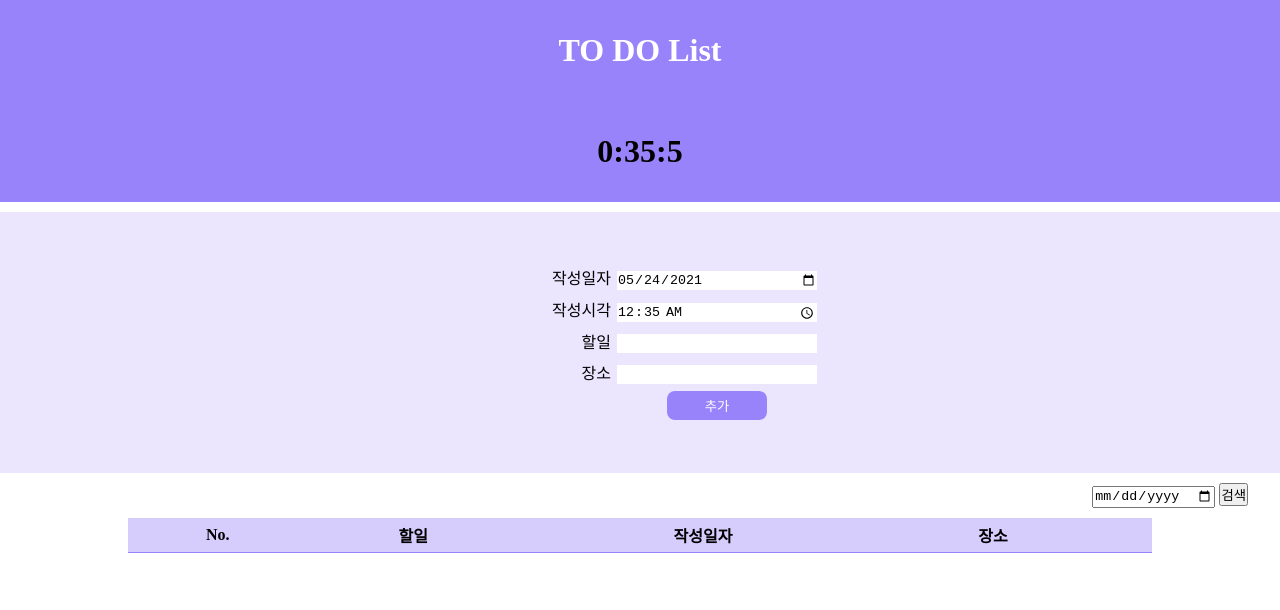
Repository: soyeon-noh/TodoList_Project
Page: http://localhost/Server_PR_TodoList/
An editor plug-in stored every save of this project. The page is shown before and after the next save, followed by the edit.
The browser window is 1280 px wide. The pictures show the whole page.
The page is served by Tomcat 9. Other server files are loaded and not shown. Queries for data that is not in the repository find no rows.

Above is the page before, as saved 2021-05-25 05:02:31.

### Server_PR_TodoList/src/main/webapp/WEB-INF/views/home.jsp
<%@ page language="java" contentType="text/html; charset=UTF-8"
    pageEncoding="UTF-8"%>
<%@ taglib uri="http://java.sun.com/jsp/jstl/core"
			prefix="c"%>
<c:set value="${pageContext.request.contextPath}"
		var="rootPath"/>
<!DOCTYPE html>
<html>
<head>
<meta charset="UTF-8">
<title>TODOList 메인화면</title>
<link href="${rootPath}/static/css/home.css?ver3" rel="stylesheet"/>

<style>

</style>


</head>
  <body>
  	<%@ include file="/WEB-INF/views/include_nav.jsp" %>
    <form class ="v1" method="POST">
    	<div>
    		<label for="date">작성일자</label>
    		<input name="td_date"
    				type="date" value="${TD.td_date}">
    	</div>

    	<div>
    		<label for="time">작성시각</label>
    		<input name="td_time"
    				type="time" value="${TD.td_time}">
    	</div>

    	<div>
    		<label for="todo">할일</label>
    		<input name="td_todo"
    				type="text" value="${TD.td_todo}">
    	</div>

    	<div>
    		<label for="place">장소</label>
    		<input name="td_place"
    				type="text" value="${TD.td_place}">
    	</div>
    	<div>
    		<label></label>
   			<button class="btn_insert" type="button">추가</button>
		</div>
    </form>

    <div class="select">
    	<input name="td_place" type="date">
    	<button type="button">검색</button>
    </div>

    <table id="tdlist">
      <tr>
        <th>No.</th>
        <th>할일</th>
        <th>작성일자</th>
        <th>장소</th>
        <th></th>
      </tr>
      <c:forEach items="${TDLIST}" var="TD" varStatus="i">
        <tr>
          <td>${i.count}</td>
          <td>${TD.td_todo}</td>
          <td>${TD.td_date}</td>
          <td>${TD.td_place}</td>
          <td><button class="btn_update" data-seq="${TD.td_seq}" type="button">
          		수정</button>
          		<button class="btn_delete" data-seq="${TD.td_seq}" type="button">
          		삭제</button></td>
        </tr>
      </c:forEach>
    </table>
  </body>

  <script>
  // html 코드가 다 화면에 뜨고 나서 실행하라는 명렁
  // 아래 한 줄의 코드가 있어야 어디든디 script를 넣을 수 있다.
	document.addEventListener("DOMContentLoaded",function(){

		document.querySelector("form.v1")
		.addEventListener("click", function(ev){
			let className = ev.target.className

			if(className == "btn_insert"){
				let td_todo = document.querySelector("input[name='td_todo']");
				if(td_todo.value == ""){
					alert("할 일은 반드시 입력해야합니다");
					td_todo.focus();
					return falsse;
				}

				document.querySelector("form.v1").submit();
			}
		})

		document.querySelector("table#tdlist")
		.addEventListener("click", function(ev){
			let className = ev.target.className



			if(className == "btn_delete"){

				let seq = ev.target.dataset.seq
				alert(seq + " 삭제가 완료되었습니다.");

				document
				.location
				.replace( "${rootPath}" +
						"/UD/delete?td_seq="
						+ seq )

			} else if(className == "btn_update"){

				let seq = ev.target.dataset.seq;

				document
				.location
				.href= "${rootPath}" +
						"/UD/update?td_seq="
						+ seq
			}

		})
	})
  </script>

</html>

### Server_PR_TodoList/src/main/webapp/WEB-INF/views/include_nav.jsp
<%@ page language="java" contentType="text/html; charset=UTF-8"
    pageEncoding="UTF-8"%>

<style>
	* {
		margin: 0;
		padding: 0;
		box-sizing: border-box;
	}

    h1.clock {
        color: black;
        text-align: center;
        background-color: rgba(153, 131, 250, 20);
        padding: 2rem;
    }

</style>
<h1>TO DO List</h1>
<h1 class="clock"></h1>
<h2 class="date"></h2>
<script>
	let date = document.querySelector(".date");

    function getDate(){
        const time = new Date();
        const year = time.getUTCFullYear();
        const month = time.getUTCMonth();
        const day = time.getUTCDay();
        date.textContent = year + "-" + month + "-" + day;
    }



	let clock = document.querySelector(".clock");

	function getTime() {
		  const time = new Date();
		  const hour = time.getHours();
		  const minutes = time.getMinutes();
		  const seconds = time.getSeconds();
		  clock.textContent = hour + ":" + minutes + ":" + seconds;



	}

	function init() {
	  setInterval(getTime, 1000);
	}

	init();
</script>

### Server_PR_TodoList/src/main/java/com/callor/todo/controller/HomeController.java
package com.callor.todo.controller;

import java.io.IOException;
import java.text.SimpleDateFormat;
import java.util.Date;
import java.util.List;

import javax.servlet.ServletException;
import javax.servlet.annotation.WebServlet;
import javax.servlet.http.HttpServlet;
import javax.servlet.http.HttpServletRequest;
import javax.servlet.http.HttpServletResponse;

import com.callor.todo.model.TodoListVO;
import com.callor.todo.service.TodoService;
import com.callor.todo.service.impl.TodoServiceImplV1;

@WebServlet("/")
public class HomeController extends HttpServlet{

	protected TodoService tdService;
	public HomeController() {
		tdService = new TodoServiceImplV1();
	}
	@Override
	protected void doGet(HttpServletRequest req, HttpServletResponse resp) throws ServletException, IOException {
		// TODO selectAll()
		List<TodoListVO> tdList = tdService.selectAll();
		req.setAttribute("TDLIST", tdList);

		// TODO insert()
		TodoListVO tdVO = new TodoListVO();

		// SimpleDateFormat : 날짜 및 시간을 형식화하고 구문 분석하는 메소드 제공
		SimpleDateFormat sd = new SimpleDateFormat("yyyy-MM-dd");
		SimpleDateFormat st = new SimpleDateFormat("HH:mm:ss");

		// 현재시간을 저장
		Date date = new Date(System.currentTimeMillis());

		// 현재 시간을 변환해 VO에 넣어준다
		tdVO.setTd_seq(0L);
		tdVO.setTd_date(sd.format(date));
		tdVO.setTd_time(st.format(date));

		req.setAttribute("TD", tdVO);

		// home.jsp 화면을 보여줘라
		RequestController.reqController(req, resp, "home");
	}
	@Override
	protected void doPost(HttpServletRequest req, HttpServletResponse resp) throws ServletException, IOException {
		// TODO insert()

		// 한글 인코딩 세팅
		req.setCharacterEncoding("UTF-8");

		// user가 입력한 data 확인
		String td_date = req.getParameter("td_date");
		String td_time = req.getParameter("td_time");
		String td_todo = req.getParameter("td_todo");
		String td_place = req.getParameter("td_place");

		TodoListVO tdVO = new TodoListVO();
		tdVO.setTd_date(td_date);
		tdVO.setTd_time(td_time);
		tdVO.setTd_todo(td_todo);
		tdVO.setTd_place(td_place);

		tdService.insert(tdVO);

		System.out.println("insert : " + tdVO);

		resp.sendRedirect("/todo");
	}

}

### Server_PR_TodoList/src/main/java/com/callor/todo/service/impl/TodoServiceImplV1.java
package com.callor.todo.service.impl;

import java.sql.Connection;
import java.sql.PreparedStatement;
import java.sql.ResultSet;
import java.sql.SQLException;
import java.util.ArrayList;
import java.util.List;

import com.callor.todo.config.DbInfo;
import com.callor.todo.config.MySQLConnection;
import com.callor.todo.model.TodoListVO;
import com.callor.todo.service.TodoService;

public class TodoServiceImplV1 implements TodoService{

	// 먼저 db와 연결
	protected Connection dbConn;

	public TodoServiceImplV1() {
		dbConn = MySQLConnection.getDBConnection();
	}


	protected List<TodoListVO> select(PreparedStatement pStr) throws SQLException{
		// TODO DB로부터 데이터를 받아와 List에 저장
		List<TodoListVO> tdList = new ArrayList<TodoListVO>();

		ResultSet rSet = pStr.executeQuery();
		while(rSet.next()) {
			TodoListVO tdVO = new TodoListVO();
			tdVO.setTd_seq(rSet.getLong(DbInfo.td_seq));
			tdVO.setTd_date(rSet.getString(DbInfo.td_date));
			tdVO.setTd_time(rSet.getString(DbInfo.td_time));
			tdVO.setTd_todo(rSet.getString(DbInfo.td_todo));
			tdVO.setTd_place(rSet.getString(DbInfo.td_place));
			tdList.add(tdVO);
		}

		// 데이터 확인
		System.out.println("select : " + tdList.toString());
		return tdList;
	}

	@Override
	public List<TodoListVO> selectAll() {
		// TODO List 전체 데이터 조회

		String sql = " SELECT * FROM tbl_todo_list ";
		sql += " ORDER BY td_date DESC, td_time DESC ";

		PreparedStatement pStr = null;

		try {
			pStr = dbConn.prepareStatement(sql);
			List<TodoListVO> tdList = this.select(pStr);
			pStr.close();

			System.out.println("selectAll : " + tdList.toString());
			return tdList;
		} catch (SQLException e) {
			// TODO Auto-generated catch block
			e.printStackTrace();
		}
		return null;
	}

	@Override
	public TodoListVO findById(Long seq) {
		// TODO 일련번호로 조회
		String sql = " SELECT * FROM tbl_todo_list ";
		sql += " WHERE td_seq = ? ";

		PreparedStatement pStr = null;

		try {
			pStr = dbConn.prepareStatement(sql);
			pStr.setLong(1, seq);

			List<TodoListVO> tdList = this.select(pStr);

			pStr.close();

			if(tdList != null && tdList.size() > 0) {
				return tdList.get(0);
			}


		} catch (SQLException e) {
			// TODO Auto-generated catch block
			e.printStackTrace();
		}
		return null;
	}

	@Override
	public List<TodoListVO> findByDate(String td_date) {
		// TODO 날짜로 조회
		String sql = " SELECT * FROM tbl_todo_list ";
		sql += " WHERE td_date = ? ";

		PreparedStatement pStr = null;

		try {
			pStr = dbConn.prepareStatement(sql);
			pStr.setString(1, td_date);

			List<TodoListVO> tdList = this.select(pStr);

			pStr.close();
			return tdList;

		} catch (SQLException e) {
			// TODO Auto-generated catch block
			e.printStackTrace();
		}
		return null;
	}

	@Override
	public List<TodoListVO> findByTodo(String td_todo) {
		// TODO 할일내용으로 조회
		return null;
	}

	@Override
	public List<TodoListVO> findByPlace(String td_place) {
		// TODO 장소로 조회
		return null;
	}

	@Override
	public Integer insert(TodoListVO tdVO) {
		// TODO 데이터 추가

		String sql = " INSERT INTO tbl_todo_list ";
		sql += " ( ";
		sql += " td_date, ";
		sql += " td_time, ";
		sql += " td_todo, ";
		sql += " td_place) ";
		sql += " VALUES( ?,?,?,? ) ";


		// SQL 구문을 실행시키는 객체
		PreparedStatement pStr = null;

		try {
			pStr = dbConn.prepareStatement(sql);
			pStr.setString(1, tdVO.getTd_date());
			pStr.setString(2, tdVO.getTd_time());
			pStr.setString(3, tdVO.getTd_todo());
			pStr.setString(4, tdVO.getTd_place());

			return pStr.executeUpdate();

		} catch (SQLException e) {
			// TODO Auto-generated catch block
			e.printStackTrace();
		}
		return null;
	}


	@Override
	public Integer update(TodoListVO tdVO) {
		// TODO 데이터 업데이트
		String sql = " UPDATE tbl_todo_list SET ";
		sql += " td_date = ?, ";
		sql += " td_time = ?, ";
		sql += " td_todo = ?, ";
		sql += " td_place = ? ";

		sql += " WHERE td_seq = ? ";

		PreparedStatement pStr = null;

		try {
			pStr = dbConn.prepareStatement(sql);
			pStr.setString(1, tdVO.getTd_date());
			pStr.setString(2, tdVO.getTd_time());
			pStr.setString(3, tdVO.getTd_todo());
			pStr.setString(4, tdVO.getTd_place());

			pStr.setLong(5, tdVO.getTd_seq());
			return pStr.executeUpdate();

		} catch (SQLException e) {
			// TODO Auto-generated catch block
			e.printStackTrace();
		}

		return null;
	}

	@Override
	public Integer delete(Long seq) {
		// TODO 데이터 삭제

		String sql = " DELETE FROM tbl_todo_list ";
		sql += "WHERE td_seq = ?";

		PreparedStatement pStr = null;

		try {
			pStr = dbConn.prepareStatement(sql);
			pStr.setLong(1, seq);
			return pStr.executeUpdate();

		} catch (SQLException e) {
			// TODO Auto-generated catch block
			e.printStackTrace();
		}
		return null;
	}
}

### Server_PR_TodoList/src/main/java/com/callor/todo/config/MySQLConnection.java
package com.callor.todo.config;

import java.sql.Connection;
import java.sql.DriverManager;
import java.sql.SQLException;

public class MySQLConnection {

	private static Connection dbConn;

	static {

		String jdbcDriver = "com.mysql.cj.jdbc.Driver";
		String url = "jdbc:mysql://localhost:3306/todolist";
		String username = "tdUser";
		String password = "12345";

		try {
			Class.forName(jdbcDriver);
			if(dbConn == null) {
				dbConn = DriverManager.getConnection(url, username, password);
			}
			System.out.println("MySQL 접속 성공!!");
		} catch (ClassNotFoundException e) {
			System.out.println("MySQL Driver 를 찾을 수 없음");
		} catch (SQLException e) {
			System.out.println("MySQL DBMS 연결 실패");
		}
	}

	public static Connection getDBConnection() {
		return dbConn;
	}

}

### Server_PR_TodoList/src/main/java/com/callor/todo/model/TodoListVO.java
package com.callor.todo.model;

import lombok.AllArgsConstructor;
import lombok.Getter;
import lombok.NoArgsConstructor;
import lombok.Setter;
import lombok.ToString;

@Getter
@Setter
@ToString
@NoArgsConstructor
@AllArgsConstructor
public class TodoListVO {

	private Long td_seq;	//BIGINT
    private String td_date;	//VARCHAR(20)
    private String td_time;	//VARCHAR(20)
	private String td_todo;	//VARCHAR(200)
    private String td_place;	//VARCHAR(125)
}

### Server_PR_TodoList/src/main/java/com/callor/todo/controller/RequestController.java
package com.callor.todo.controller;

import java.io.IOException;

import javax.servlet.ServletException;
import javax.servlet.http.HttpServlet;
import javax.servlet.http.HttpServletRequest;
import javax.servlet.http.HttpServletResponse;

public class RequestController extends HttpServlet{

	public static void reqController (HttpServletRequest req,
			HttpServletResponse resp, String file) throws ServletException, IOException {

		String root = "/WEB-INF/views/" + file + ".jsp";

		req.getRequestDispatcher(root)
		.forward(req, resp);


	}

}

### Server_PR_TodoList/src/main/webapp/static/css/home.css
@charset "UTF-8";

/* 여백 초기화 */
* {
	margin: 0;
	padding: 0;
	box-sizing: border-box;
}

h1 {
	color: white;
	text-align: center;
	background-color: rgba(153,131,250,1);
	padding: 2rem;

}

form.v1 {
	background-color: rgba(153,131,250,0.2);
	padding: 3rem 5rem 3rem 5rem;
	margin: 10px auto;
}

form.v1 div {
	text-align: center;
	margin: 5px;
}

form.v1 div label{
	display: inline-block;

	width: 150px;
	text-align: right;
}

form.v1 input{
	width: 200px;
	border: 1px;
	height: 1.2rem;
	margin: 2px;
}

form.v1 div button{
		outline: 0;
		border: 0;
		width: 100px;
		color: white;
		padding: 5px;
		background-color: rgba(153,131,250,1);
		border-radius: 8px;


}


div.select{
	text-align: right;
	padding-right: 2rem;
}

table {
	border-collapse: collapse;
	width: 80%;
	margin: 10px auto;
}

td, th {
	border-bottom: 1px solid #9882FA;
	padding: 5px;
	text-align: center;
}

th {
	background-color: rgba(153,131,250,0.4);
}

After the next save:
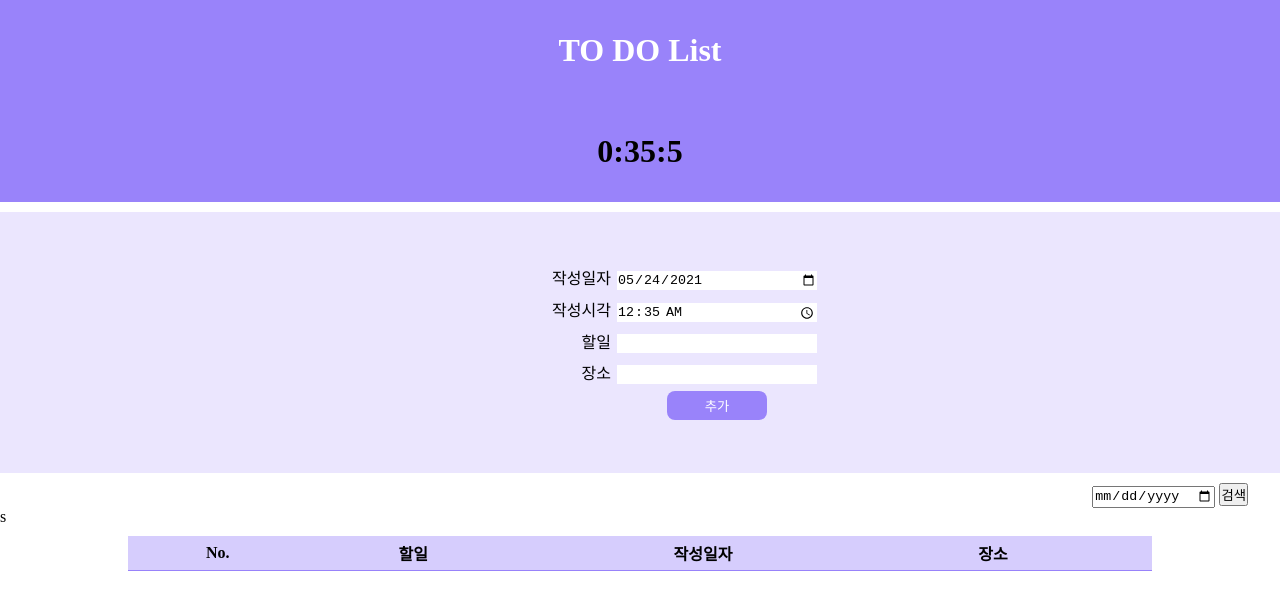
Console error: SyntaxError: missing ) after argument list
Saved 5 min 37 s later.
--- a/Server_PR_TodoList/src/main/webapp/WEB-INF/views/home.jsp
+++ b/Server_PR_TodoList/src/main/webapp/WEB-INF/views/home.jsp
@@ -51,9 +51,9 @@
 
     <div class="select">
     	<input name="td_place" type="date">
-    	<button type="button">검색</button>
+    	<button class="btn_select" data-date="${TD.td_date}" type="button">검색</button>
     </div>
-
+    s
     <table id="tdlist">
       <tr>
         <th>No.</th>
@@ -98,6 +98,22 @@
 			}
 		})
 
+		document.querySelector("div.select")
+		.addEventListener("click", function(ev){
+			let tagName = ev.target.tagName
+
+			if(tagName == "BUTTON"){
+				let date = ev.target.dataset.date;
+
+				document
+				.location
+				.replace("${rootPath}"
+						+ "/UD/select?td_date="
+						+ date)
+			}
+
+		}
+
 		document.querySelector("table#tdlist")
 		.addEventListener("click", function(ev){
 			let className = ev.target.className
@@ -111,8 +127,8 @@
 
 				document
 				.location
-				.replace( "${rootPath}" +
-						"/UD/delete?td_seq="
+				.replace( "${rootPath}"
+						+ "/UD/delete?td_seq="
 						+ seq )
 
 			} else if(className == "btn_update"){

After the save that followed:
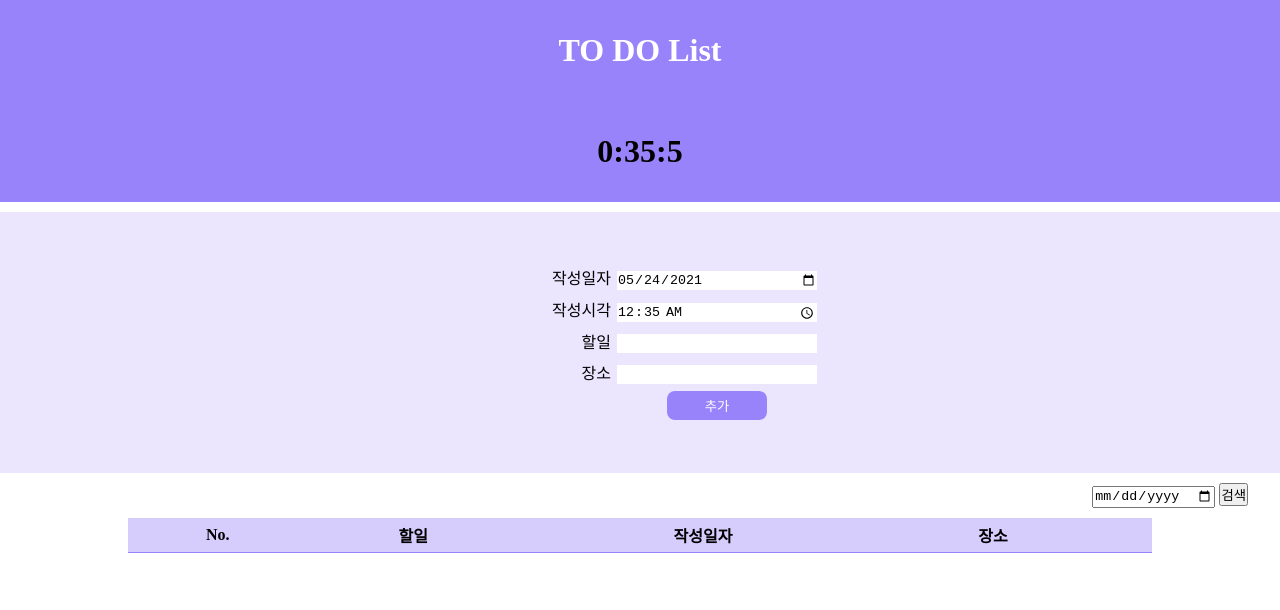
Saved 12 s later.
--- a/Server_PR_TodoList/src/main/webapp/WEB-INF/views/home.jsp
+++ b/Server_PR_TodoList/src/main/webapp/WEB-INF/views/home.jsp
@@ -53,7 +53,7 @@
     	<input name="td_place" type="date">
     	<button class="btn_select" data-date="${TD.td_date}" type="button">검색</button>
     </div>
-    s
+
     <table id="tdlist">
       <tr>
         <th>No.</th>
